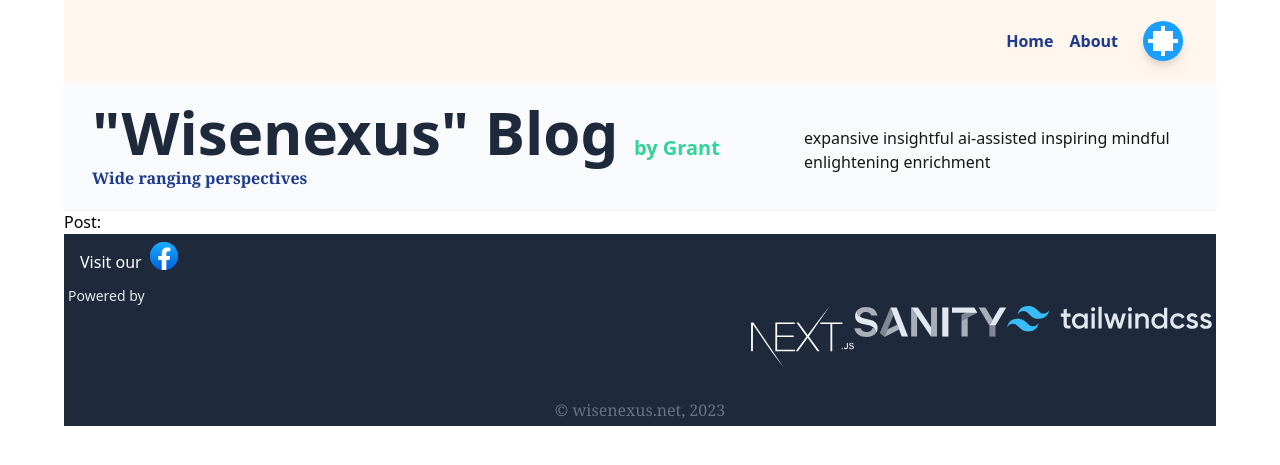
Repository: gpgundersen/sanity3-nextjs13-blog
Page: /post
An editor plug-in stored every save of this project. The page is shown before and after the next save, followed by the edit.
The browser window is 1280 px wide. The pictures show the whole page.
The project was rebuilt for these pictures with package versions that can differ from the ones it lists, and the page was loaded fresh each time. The framework's server and built-in components were replaced by stand-ins that run in the browser. Also part of the build but not shown: next.config.js.

Above is the page before, as saved 2023-02-05 20:12:53.

After the next save:
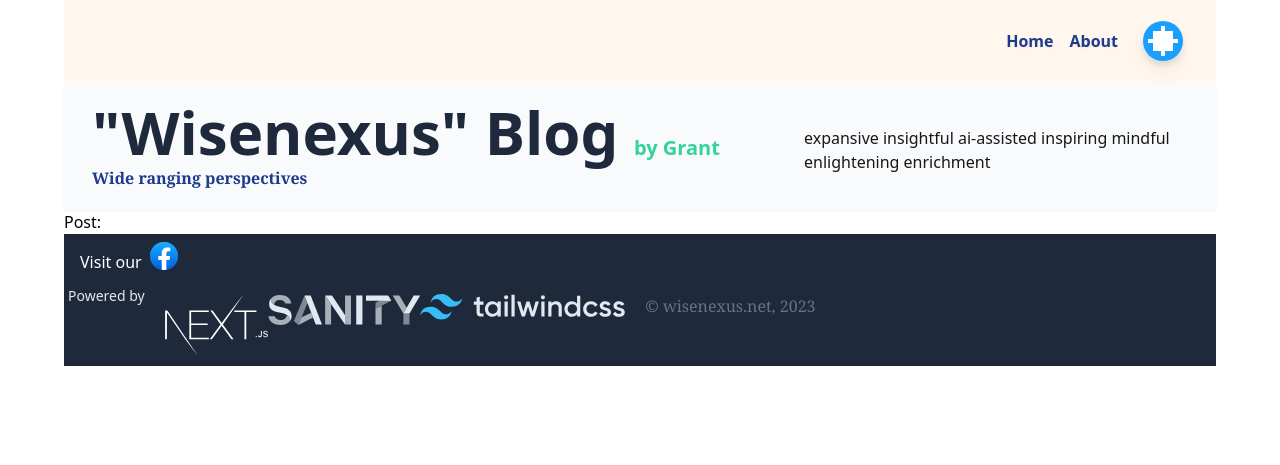
Saved 51 s later.
--- a/components/Footer.tsx
+++ b/components/Footer.tsx
@@ -11,7 +11,7 @@
         </div>
         <div className="flex flex-row space-x-5 space-y-2">
 
-            <p className="text-sm">Powered by</p></div>
+          <p className="text-sm">Powered by</p>
           <ul className="flex justify-end">
             <li><NextJsIcon /></li>
             <li><SanityIcon /></li>
@@ -19,7 +19,7 @@
           </ul>
        <h6 className="font-serif text-slate-500 text-center mt-6">© wisenexus.net, 2023</h6>
       </div>
-    </div>
+    </div></div>
 }
 
 export default Footer
